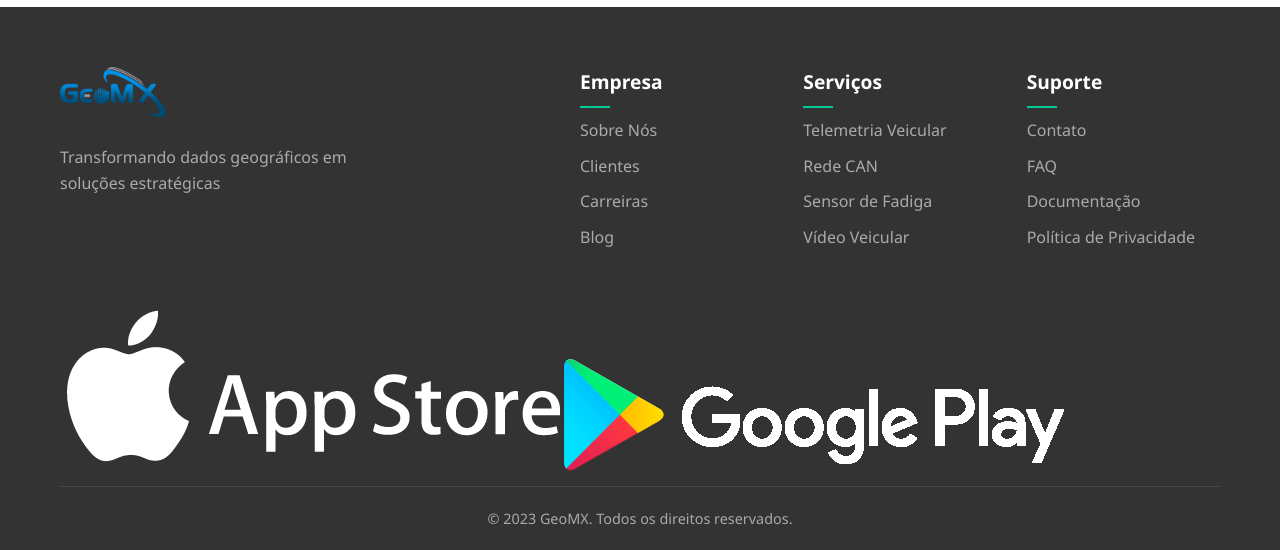
Repository: rocha1579/geomx
Page: sensor-fadiga.html
The author's editor kept a copy of each file at every save. The page is drawn from the files as they stood at one save, then again after the next save.
The browser window is 1280 px wide. The pictures show the part of the page from y = 3694 to 4244 px (the page is 4244 px tall before and 4162 px after).
Backgrounds fixed to the window are drawn as part of the page.

Above is the page before, as saved 2025-04-23 16:54:48.

After the next save:
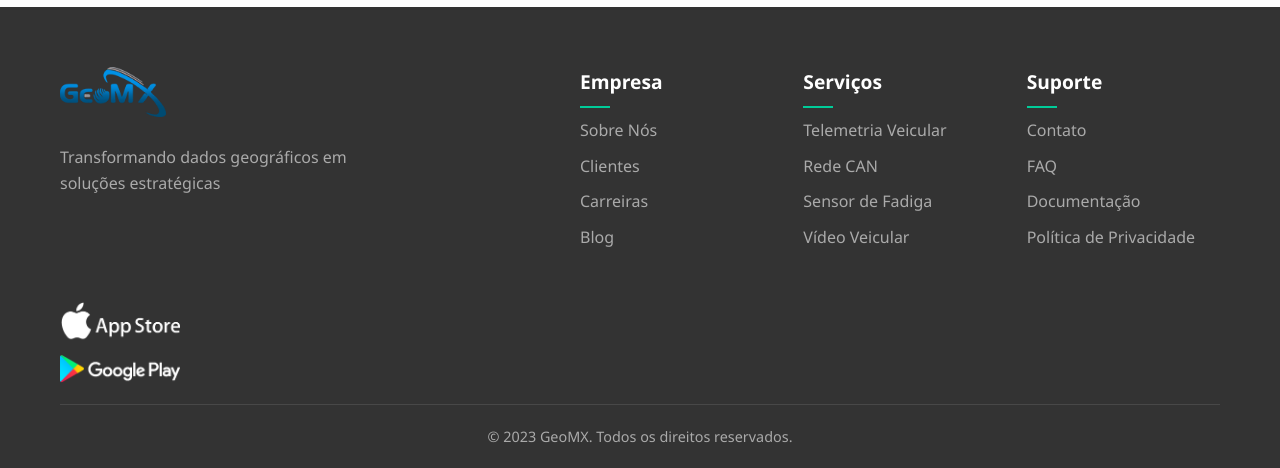
Saved 36 s later.
--- a/sensor-fadiga.html
+++ b/sensor-fadiga.html
@@ -443,7 +443,21 @@
                 <img src="images/apple.png" alt="Disponível na App Store" class="footer-img">
                 <img src="images/google play.png" alt="Disponível no Google Play" class="footer-img">
             </div>
-
+            <style>
+                .footer-images {
+                text-align: left; /* Alinha conteúdo à esquerda */
+                margin: 20px 0;
+            }
+
+            .footer-img {
+                max-width: 120px; /* Diminui o tamanho */
+                width: 100%;
+                height: auto;
+                display: block;
+                margin-bottom: 10px; /* Espaço entre as imagens */
+            }
+
+            </style>
             <div class="footer-bottom">
                 <p>&copy; 2023 GeoMX. Todos os direitos reservados.</p>
             </div>
